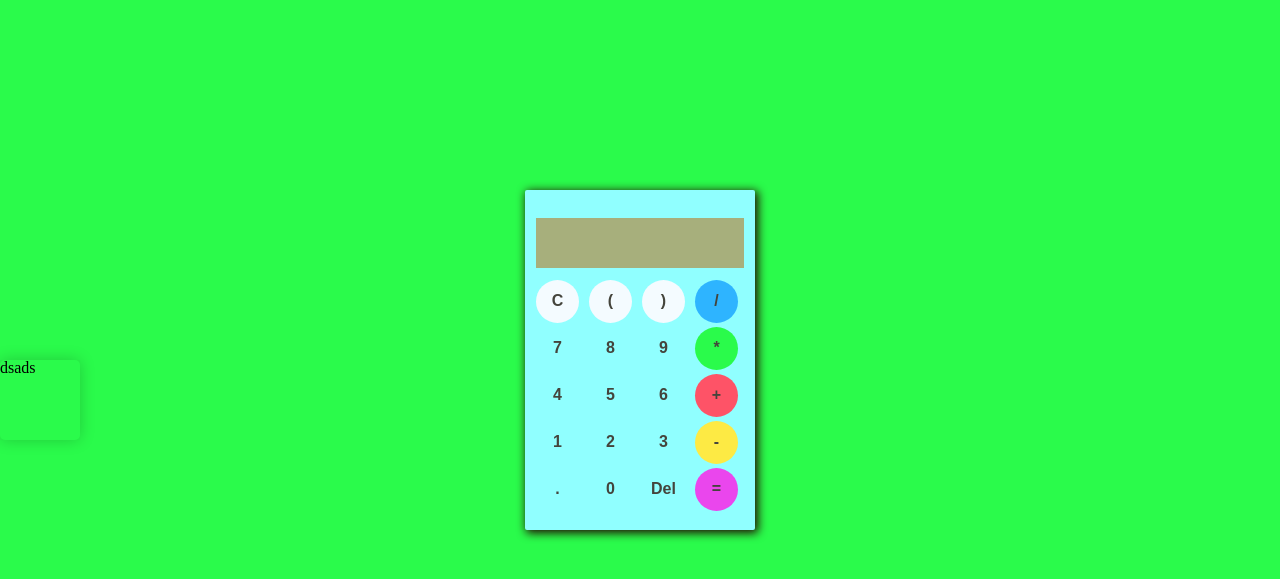
Repository: ServerK001/CalcJsVanilha
Page: index.html
The author's editor kept a copy of each file at every save. The page is drawn from the files as they stood at one save, then again after the next save.
The browser window is 1280 px wide. The pictures show the whole page.

Above is the page before, as saved 2022-02-15 18:39:46.

### index.html
<!DOCTYPE html>
<html lang="pt-br">
<head>
    <meta charset="UTF-8">
    <meta http-equiv="X-UA-Compatible" content="IE=edge">
    <meta name="viewport" content="width=device-width, initial-scale=1.0">
    <script src="index.js" ></script>
    <link rel="stylesheet" href="style.css">


    <title>Calculadora</title>
</head>
<body>

        <section class="conteiner">


            <table class="calculadora">
                <tr>
                    <td colspan="4"><input type="text" class="display"></td>
                </tr>

                <tr>
                    <td><button class="btn btn_1 btn-clear">C</button></td>
                    <td><button class="btn btn_1 btn-num">(</button></td>
                    <td><button class="btn btn_1 btn-num">)</button></td>
                    <td><button class="btn btn_2 btn-num">/</button></td>
                </tr>

                <tr>
                    <td><button class="btn btn-num">7</button></td>
                    <td><button class="btn btn-num">8</button></td>
                    <td><button class="btn btn-num">9</button></td>
                    <td><button class="btn btn_3 btn-num">*</button></td>
                </tr>
                <tr>
                    <td><button class="btn btn-num">4</button></td>
                    <td><button class="btn btn-num">5</button></td>
                    <td><button class="btn btn-num">6</button></td>
                    <td><button class="btn btn_4 btn-num">+</button></td>
                </tr>
                <tr>
                    <td><button class="btn btn-num">1</button></td>
                    <td><button class="btn btn-num">2</button></td>
                    <td><button class="btn btn-num">3</button></td>
                    <td><button class="btn btn_5 btn-num">-</button></td>
                </tr>
                <tr>
                    <td><button class="btn  btn-num">.</button></td>
                    <td><button class="btn btn-num">0</button></td>
                    <td><button class="btn btn-del">Del</button></td>
                    <td><button class="btn btn_6 btn-num">=</button></td>
                </tr>

            </table>


        </section>

        <div class="vidro">
            dsads
        </div>

</body>
</html>

### index.js
console.log('Olá mundo')

### style.css
@font-face { font-family: DisplayOFT;
    src: url('./font/DisplayOTF.otf'); }

:root{
    --btn: #44443c;
    --font-display:#435338;
    --displayBG:#a7af7c;
    --bgCalc:#90FFFF;
    --bgConteiner:#5b5b5b;

    /*Bootuns Colors*/

    --btn_1:#F4FBFF;
    --btn_2:#2EB4FF;
    --btn_3:#2AFB4B;
    --btn_4:#FE5367;
    --btn_5:#FDEA44;
    --btn_6:#EA46ED;
    --btnHover: #c5e9fd;




}

.display{

    font-size: 1rem;
    width: 100%;
    height: 50px;
    text-align: right;
    font-family: "DisplayOFT";
    font-size: 1.5rem;
    color: var(--font-display);
    background-color: var(--displayBG);

        border: none;
}

input[type=text] {
    width: 100%;
    padding: 12px 20px;
    margin: 8px 0;
    box-sizing: border-box;
    transition: 0.3s;

  }
  input[type=text]:focus {
        height: 52px;

  }

.btn{
    font-size: 1rem;
    font-weight: bold;
    color:var(--btn);
    background-color: var(--bgBtn);
    padding: 0.5rem ;
    border-radius: 50%;
    align-items: center;
    border: none;
    height: 43px;
    width: 43px;
    text-align: center;
    transition: 0.3s;
}.btn:hover{
    background-color: var(--btnHover) ;
}


.calculadora{
    display: flex;
    align-items: center;
    justify-content: center;
    background-color: var(--bgCalc);
    padding: 0.5rem;
    height: 340px;
    width: 230px;
    border-radius: 2px;
    box-shadow: 2px 2px 10px 1px #240502;

}


.body{
    background-color: var(--bgConteiner);
    padding: 1rem;
}

.btn_1{background-color:var(--btn_1)}
.btn_2{background-color:var(--btn_2)}
.btn_3{background-color:var(--btn_3)}
.btn_4{background-color:var(--btn_4)}
.btn_5{background-color:var(--btn_5)}
.btn_6{background-color:var(--btn_6)}

.conteiner{
    display: flex;
    align-items: center;
    justify-content: center;
    height: 100vh;
    background-color: #2AFB4B;
}




html, body{
    box-sizing:none;
    margin: 0 auto;
    border: none;
    padding: 0;
    line-height: 1;


}

.vidro{
	width: 5rem;
	height: 5rem;
	box-shadow: 0 0 1rem 0 rgba(0, 0, 0, .2);
	border-radius: 5px;
	position: absolute;
    top: 50vh;
    left: 0vh;
	z-index: 1;
	background: inherit;
	overflow: hidden;
}

After the next save:
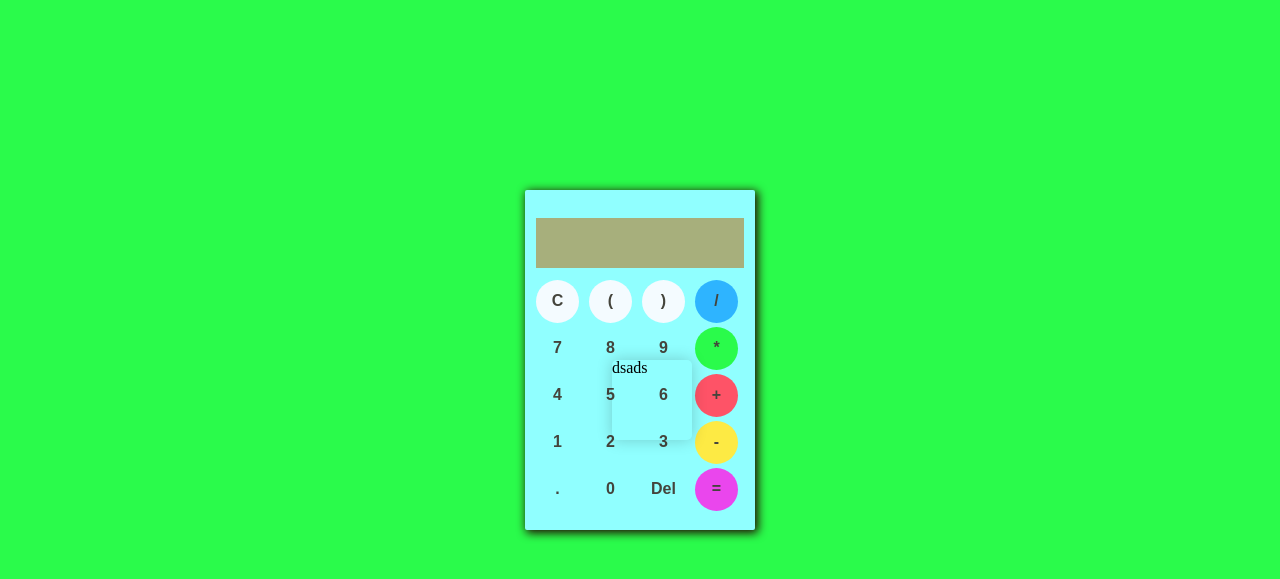
Saved 4 s later.
--- a/style.css
+++ b/style.css
@@ -122,7 +122,7 @@ html, body{
 	border-radius: 5px;
 	position: absolute;
     top: 50vh;
-    left: 0vh;
+    left: 85vh;
 	z-index: 1;
 	background: inherit;
 	overflow: hidden;
